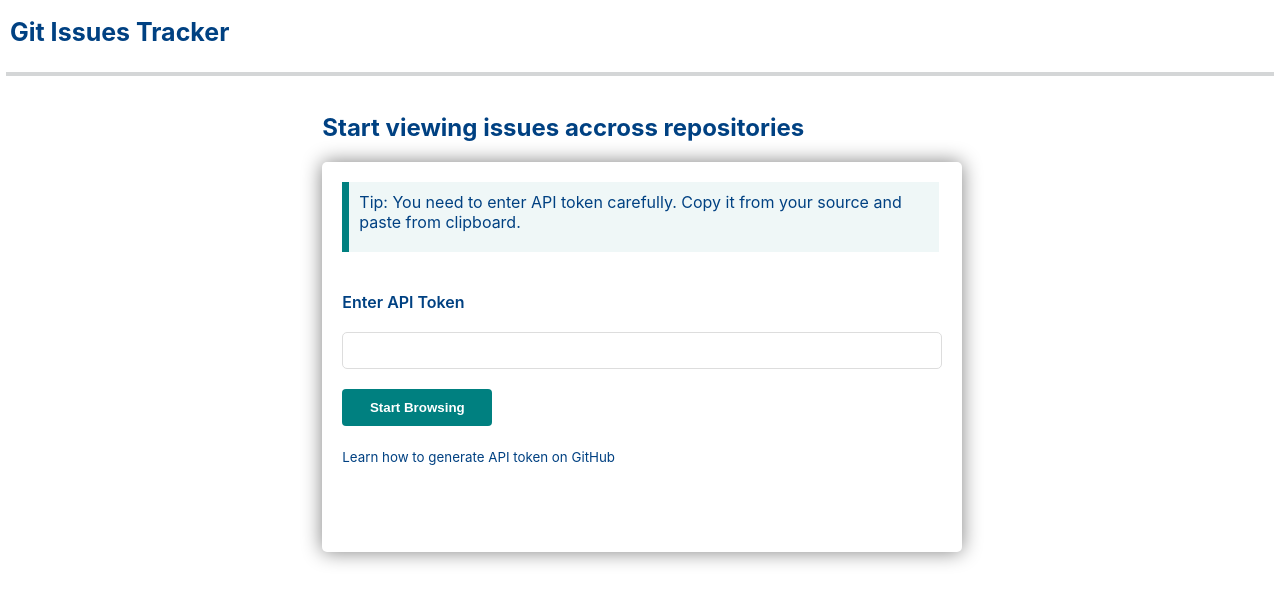
Repository: duzzisantos/github-repos-react-graphql
Page: /start
These files come from the project's save history. The page is drawn as it stood at one moment and after a run of saves; the edit follows.
The browser window is 1280 px wide. The page is 1285 px wide, so the pictures cover 1285 px, including what lies to the right of the window. The pictures show the whole page.
The project was rebuilt for these pictures with package versions that can differ from the ones it lists, and the page was loaded fresh each time. Also part of the build but not shown: src/App.css, src/components/table/Filters.tsx, src/components/table/Pagination.tsx, src/components/table/TableComponent.tsx, src/components/table/columnHelpers.ts, src/utilities/funtions.ts, src/pages/Repositories.tsx, src/components/cards/Cards.tsx and 1 more.

Above is the page before, as saved 2024-06-17 18:07:27.

### src/index.tsx
import React from "react";
import ReactDOM from "react-dom/client";
import "./index.css";
import App from "./App";
import reportWebVitals from "./reportWebVitals";
import { BrowserRouter } from "react-router-dom";
import { ApolloProvider } from "@apollo/client";
import client from "./api/apolloClient";

const root = ReactDOM.createRoot(
  document.getElementById("root") as HTMLElement
);
root.render(
  <React.StrictMode>
    <BrowserRouter>
      <ApolloProvider client={client}>
        <App />
      </ApolloProvider>
    </BrowserRouter>
  </React.StrictMode>
);

// If you want to start measuring performance in your app, pass a function
// to log results (for example: reportWebVitals(console.log))
// or send to an analytics endpoint. Learn more: https://bit.ly/CRA-vitals
reportWebVitals();

### src/App.tsx
import React from "react";
import "./App.scss";
import "./App.css";
import { Routes, Route } from "react-router-dom";
import StartPage from "./pages/StartPage";
import Repositories from "./pages/Repositories";
import ViewRepository from "./pages/ViewRepository";

function App() {
  return (
    <div className="App">
      <h1>Git Issues Tracker</h1>
      <hr />

      <Routes>
        <Route path="/" element={<StartPage />} />
        <Route path="/start" element={<StartPage />} />
        <Route path="/repositories" element={<Repositories />} />
        <Route path="/owner/repositoryName" element={<ViewRepository />} />
      </Routes>
    </div>
  );
}

export default App;

### src/api/apolloClient.ts
import { ApolloClient, InMemoryCache, createHttpLink } from "@apollo/client";
import { setContext } from "@apollo/client/link/context";

const http = createHttpLink({
  uri: "https://api.github.com/graphql",
});

const auth = setContext((_, { headers }) => {
  const apiToken = localStorage.getItem("authToken");

  return {
    headers: {
      ...headers,
      authorization: `Bearer ${apiToken}`,
    },
  };
});

const client = new ApolloClient({
  link: auth.concat(http),
  cache: new InMemoryCache(),
});

export default client;

### src/App.scss
/* Sass variables declared here: */

$text-dark: #212529;
$text-blue: rgb(0, 65, 130);
$padding-10: 10px;
$padding-20: $padding-10 * 2;
$padding-40: $padding-20 * 2;
$selected-display: flex;
$row: row;
$column: column;
$mb-20: 20px;
$mb-40: $mb-20 * 2;
$fw-600: 600;
$rounded-box: 5px;

/* Main styles */
.App {
  display: flex;
  flex-direction: column;
}

.container {
  width: 98.8%;
  padding: $padding-10 $padding-10;
  display: flex;
  justify-content: center;
  bottom: 0;
  margin-left: auto;
  color: $text-blue;
}

h1 {
  font-size: 25px;
  padding: 0 $padding-10;
  color: $text-blue;
}

hr {
  border: 2px solid rgb(212, 214, 215);
  width: 98.8%;
}

form {
  width: 600px;
  height: 350px;
  border-radius: $rounded-box;
  box-shadow: 0px 0px 20px gray;
  padding: $padding-20 $padding-20;
}

.form-group {
  display: $selected-display;
  flex-direction: $column;
}

.user-tip {
  height: 50px;
  width: 95%;
  padding: $padding-10 $padding-10;
  margin-bottom: $mb-40;
  border-left: 7px solid teal;
  background-color: rgb(239, 247, 247);
}

label {
  margin-bottom: $mb-20;
  font-weight: $fw-600;
}

input {
  @extend label;
  padding: 10px;
  border: 1px solid rgb(221, 221, 221);
  border-radius: $rounded-box;
}

.primary-btn {
  @extend label;
  width: 25%;
  padding: $padding-10;
  background-color: teal;
  border: 1px solid transparent;
  border-radius: 4px;
  color: white;
}

.read-docs {
  text-decoration: none;
  color: rgb(0, 65, 130);
}

.read-docs:hover {
  text-decoration-line: underline;
}

### src/pages/StartPage.tsx
import React from "react";
import Container from "src/components/Container";
import Form from "src/components/Form";

const StartPage = () => {
  return (
    <Container
      pageSubTitle="Start viewing issues accross repositories"
      children={<Form />}
    />
  );
};

export default StartPage;

### src/components/Container.tsx
import React from "react";

interface ContainerProps {
  pageSubTitle: string;
  repositoryOwner?: string;
  children: any;
}

const Container = ({
  pageSubTitle,
  children,
  repositoryOwner,
}: ContainerProps) => {
  return (
    <main className="container">
      <section>
        <h2>{pageSubTitle}</h2>
        <h3>{repositoryOwner}</h3>
        {children}
      </section>
    </main>
  );
};

export default Container;

### src/components/Form.tsx
import React, { useState } from "react";
import { useNavigate } from "react-router-dom";
import { useLazyQuery } from "@apollo/client";
import { GET_ALL_REPOSITORIES } from "src/api/queryhelper";
//We need to specify the types of data we would be utilizing as state

const Form = () => {
  const [apiToken, setApiToken] = useState("");
  const [apiPayLoad, setApiPayload] = useState([]);
  const [getRepositories, { loading, error, data }] =
    useLazyQuery(GET_ALL_REPOSITORIES);

  const navigate = useNavigate();

  const handleChange = (e: any) => {
    setApiToken(e.target.value);
  };

  const handleSubmit = () => {
    localStorage.setItem("authToken", apiToken);

    //We make the GraphQL API call here
    getRepositories()
      .then((res: any) => {
        console.log(res.data);
        setApiPayload(res.data.viewer.repositories.nodes);
      })
      .catch((err) => {
        console.warn(err?.message);
      });
  };

  if (data) {
    navigate("/repositories", {
      state: {
        //this is the result we want to consume as we navigate to the /repositories route
        data: data.viewer.repositories.nodes,
        error: error,
        loading: loading,
        apiPayLoad,
      },
    });
  }

  return (
    <form>
      <div className="user-tip">
        Tip: You need to enter API token carefully. Copy it from your source and
        paste from clipboard.
      </div>

      <div className="form-group">
        <label htmlFor="apiToken">Enter API Token</label>
        <input
          type="text"
          name="apiToken"
          id="apiToken"
          value={apiToken}
          onChange={handleChange}
        />
        <button className="primary-btn" type="button" onClick={handleSubmit}>
          Start Browsing
        </button>

        <strong>{error && error.message}</strong>
      </div>
      <small className="form-text" id="info">
        <a
          className="read-docs"
          title="Read short documentation"
          href="https://docs.github.com/en/authentication/keeping-your-account-and-data-secure/managing-your-personal-access-tokens"
        >
          Learn how to generate API token on GitHub
        </a>
      </small>
    </form>
  );
};

export default Form;

### src/api/queryhelper.ts
import { gql } from "@apollo/client";

const GET_ALL_REPOSITORIES = gql`
  query {
    viewer {
      repositories(first: 50) {
        nodes {
          id
          name
          owner {
            login
          }
          visibility
          stargazerCount
          forkCount
          url
          issues {
            totalCount
          }
          licenseInfo {
            name
          }
          updatedAt
          createdAt
        }
      }
    }
  }
`;

const GET_REPOSITORY_BY_NAME = gql`
  query ($name: NAME!) {
    node(name: $name) {
      ... on Repository {
        id
        name
        owner {
          login
        }
        visibility
        stargazerCount
        forkCount
        url
        issues {
          totalCount
        }
        licenseInfo {
          name
        }
        updatedAt
        createdAt
      }
    }
  }
`;

export { GET_ALL_REPOSITORIES, GET_REPOSITORY_BY_NAME };

Loaded but not shown: public/index.html (common file); src/index.css (common file); src/reportWebVitals.ts (common file)

After the next 2 saves:
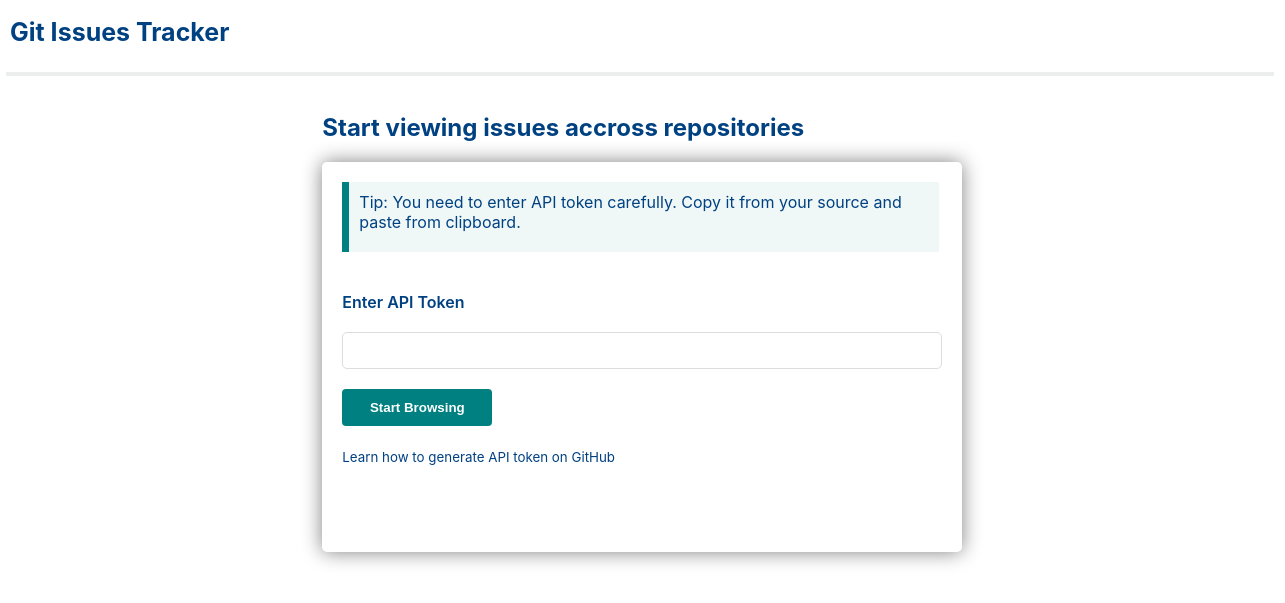
The 2 saves are shown as one change because they came seconds apart.
The last was saved 7 s later.
--- a/src/App.scss
+++ b/src/App.scss
@@ -36,7 +36,7 @@ h1 {
 }
 
 hr {
-  border: 2px solid rgb(212, 214, 215);
+  border: 2px solid rgb(236, 238, 238);
   width: 98.8%;
 }
 
